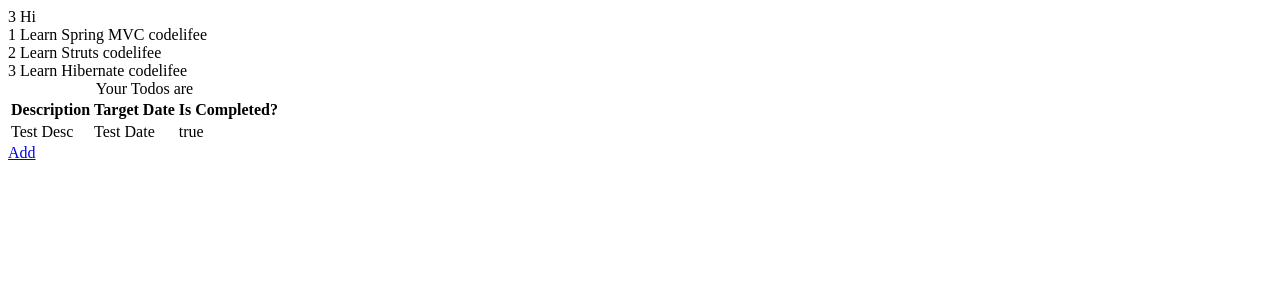
Repository: codelifee/spring-mvc-project
Page: http://localhost/springmvc/list-todos
An editor plug-in stored every save of this project. The page is shown before and after the next save, followed by the edit.
The browser window is 1280 px wide. The pictures show the whole page.
The page is served by Tomcat 9. Other server files are loaded and not shown. The template is opened directly, without the code that normally fills it, so the values that code supplies are empty.

Above is the page before, as saved 2020-11-16 04:10:16.

### springmvc/src/main/webapp/WEB-INF/views/list-todos.jsp
<%@ page language="java" contentType="text/html; charset=EUC-KR"
	pageEncoding="EUC-KR"%>
<%@ taglib uri="http://java.sun.com/jsp/jstl/core" prefix="c"%>
<!DOCTYPE html>
3
<html>
<head>
<meta charset="EUC-KR">
<title>Insert title here</title>
</head>
<body>
	Hi ${name}
	<br />

	<table>
		<caption>Your Todos are</caption>
		<thead>
			<tr>
				<th>Description</th>
				<th>Target Date</th>
				<th>Is Completed?</th>
			</tr>
		</thead>

		<tbody>
			<c:forEach items="${todos}" var="todo">
			${todo.id} ${todo.desc} ${todo.user}</br>
			</c:forEach>

			<tr>
				<td>Test Desc</td>
				<td>Test Date</td>
				<td>true</td>
			</tr>
		</tbody>
	</table>

	<a class="button" href="/add-todo">Add</a>
</body>
</html>

After the next save:
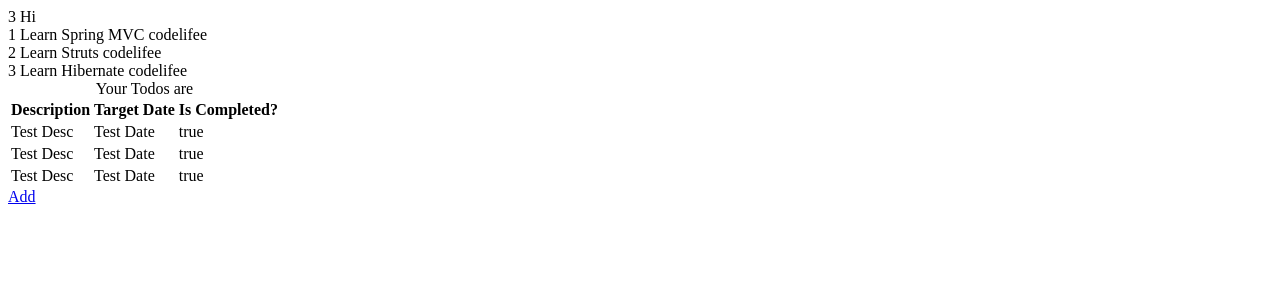
Saved 17 s later.
--- a/springmvc/src/main/webapp/WEB-INF/views/list-todos.jsp
+++ b/springmvc/src/main/webapp/WEB-INF/views/list-todos.jsp
@@ -25,13 +25,14 @@
 		<tbody>
 			<c:forEach items="${todos}" var="todo">
 			${todo.id} ${todo.desc} ${todo.user}</br>
+				<tr>
+					<td>Test Desc</td>
+					<td>Test Date</td>
+					<td>true</td>
+				</tr>
 			</c:forEach>
 
-			<tr>
-				<td>Test Desc</td>
-				<td>Test Date</td>
-				<td>true</td>
-			</tr>
+
 		</tbody>
 	</table>
 
